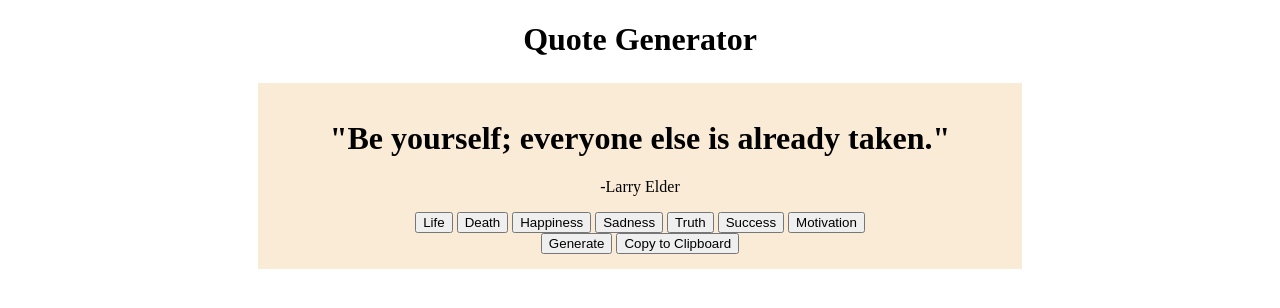
Repository: moehaymanmyint/Random-Quote-Generator
Page: index.html
The author's editor kept a copy of each file at every save. The page is drawn from the files as they stood at one save, then again after the next save.
The browser window is 1280 px wide. The pictures show the whole page.

Above is the page before, as saved 2024-11-05 22:14:09.

### index.html
<!DOCTYPE html>
<html lang="en">
<head>
    <meta charset="UTF-8">
    <meta name="viewport" content="width=device-width, initial-scale=1.0">
    <title>Quote Generator</title>
    <link rel="stylesheet" href="style.css">
</head>
<body>
    <div class="container">
        <h1>Quote Generator</h1>
        <div class="quote-box">
            <div class="quote">
                <h1>"Be yourself; everyone else is already taken."</h1>
                <p>-Larry Elder</p>
            </div>
            <div class="category">
                <input type="button" value="Life">
                <input type="button" value="Death">
                <input type="button" value="Happiness">
                <input type="button" value="Sadness">
                <input type="button" value="Truth">
                <input type="button" value="Success">
                <input type="button" value="Motivation">
            </div>
            <div class="btn">
                <button>Generate</button>
                <button>Copy to Clipboard</button>
            </div>
        </div>
    </div>
</body>
</html>

### style.css
.container{
    width: 100%;
    text-align: center;
}

.quote-box{
    background-color: antiquewhite;
    margin: 25px 250px;
    padding: 15px;
}

After the next save:
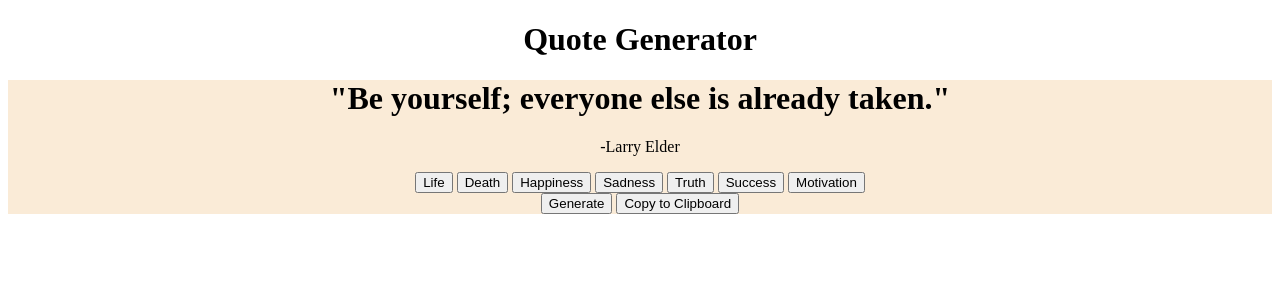
Saved 27 s later.
--- a/style.css
+++ b/style.css
@@ -5,6 +5,4 @@
 
 .quote-box{
     background-color: antiquewhite;
-    margin: 25px 250px;
-    padding: 15px;
 }
